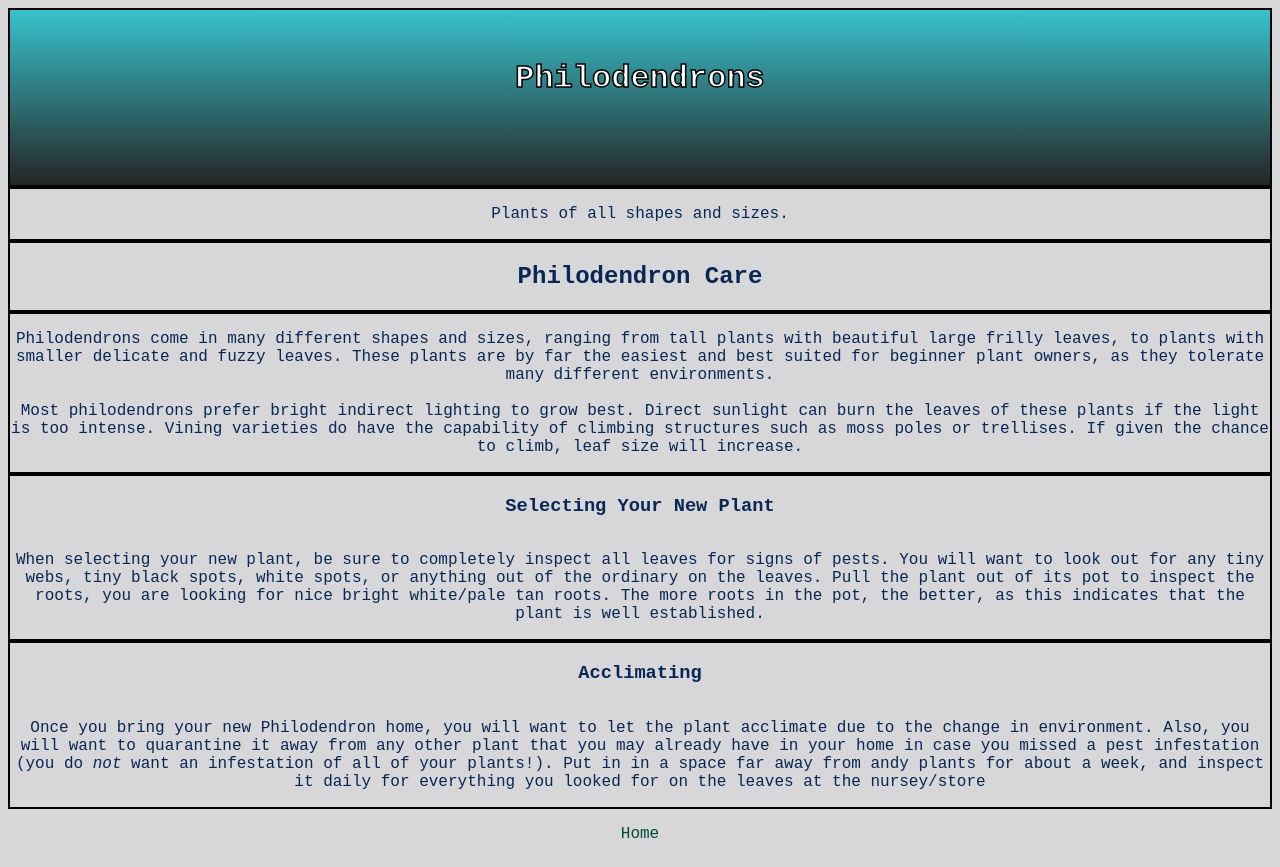
Repository: swillis91/odin-recipies
Page: Planty Page/philodendrons.html
The author's editor kept a copy of each file at every save. The page is drawn from the files as they stood at one save, then again after the next save.
The browser window is 1280 px wide. The pictures show the whole page.

Above is the page before, as saved 2023-08-14 23:47:18.

After the next save:
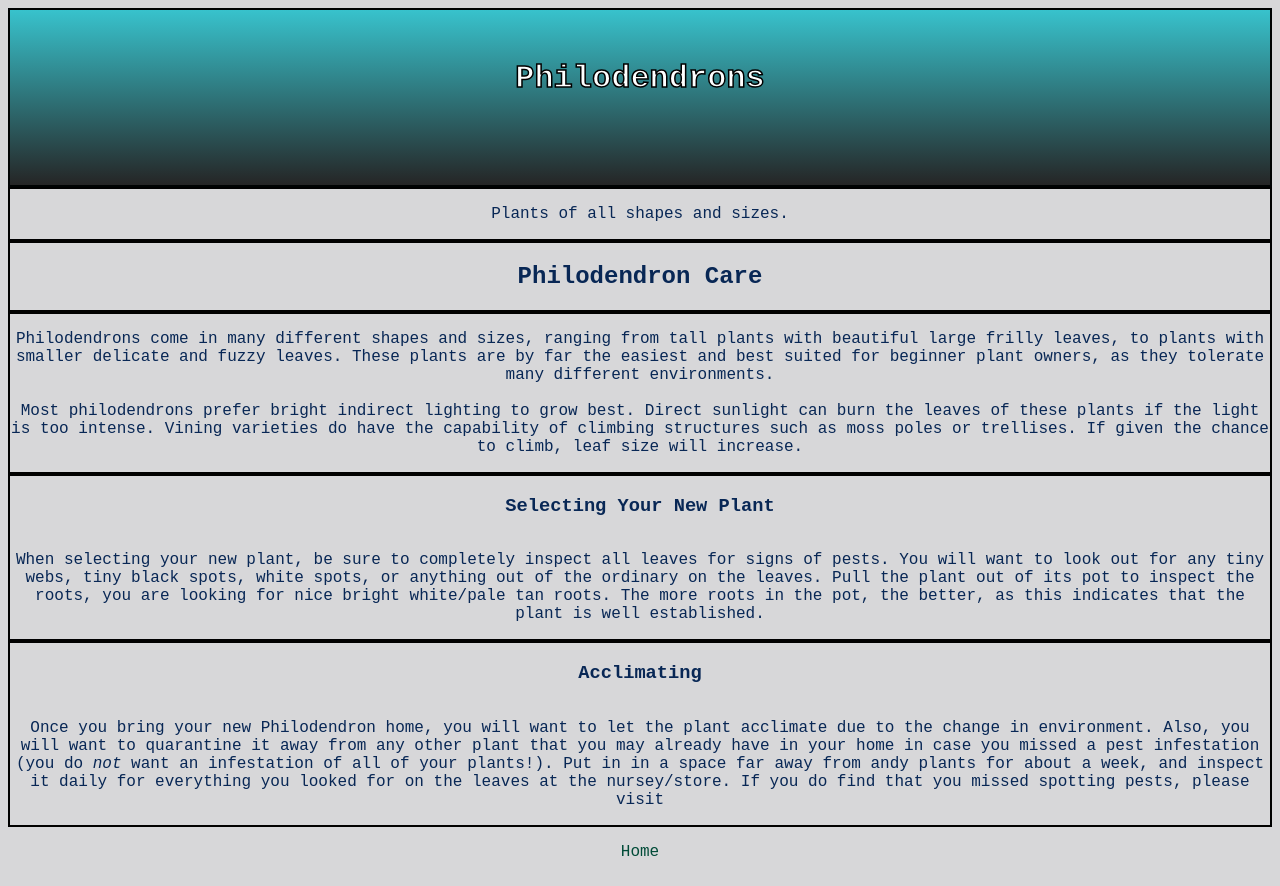
Saved 17 s later.
--- a/Planty Page/philodendrons.html
+++ b/Planty Page/philodendrons.html
@@ -26,7 +26,7 @@
             </div>
             <div class="box">
                 <h3>Acclimating</h3>
-                <p>Once you bring your new Philodendron home, you will want to let the plant acclimate due to the change in environment. Also, you will want to quarantine it away from any other plant that you may already have in your home in case you missed a pest infestation (you do <em>not</em> want an infestation of all of your plants!). Put in in a space far away from andy plants for about a week, and inspect it daily for everything you looked for on the leaves at the nursey/store</p>
+                <p>Once you bring your new Philodendron home, you will want to let the plant acclimate due to the change in environment. Also, you will want to quarantine it away from any other plant that you may already have in your home in case you missed a pest infestation (you do <em>not</em> want an infestation of all of your plants!). Put in in a space far away from andy plants for about a week, and inspect it daily for everything you looked for on the leaves at the nursey/store. If you do find that you missed spotting pests, please visit</p>
             </div>
               </p>
                 <!--img src="./Images/makoyana.webp" id="calathea makoyana" width="700px"-->
